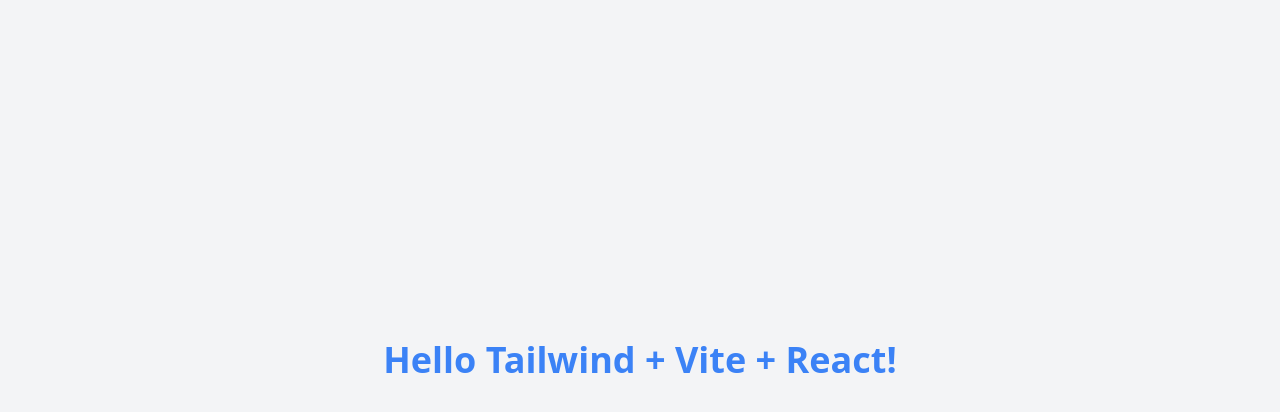
Repository: alokse24b01025/mentalhealth-project-sih-
Page: /chat (app in p1/)
An editor plug-in stored every save of this project. The page is shown before and after the next save, followed by the edit.
The browser window is 1280 px wide. The pictures show the whole page.
The project was rebuilt for these pictures with package versions that can differ from the ones it lists, and the page was loaded fresh each time. Also part of the build but not shown: p1/vite.config.js.

Above is the page before, as saved 2025-09-07 20:34:27.

After the next save:
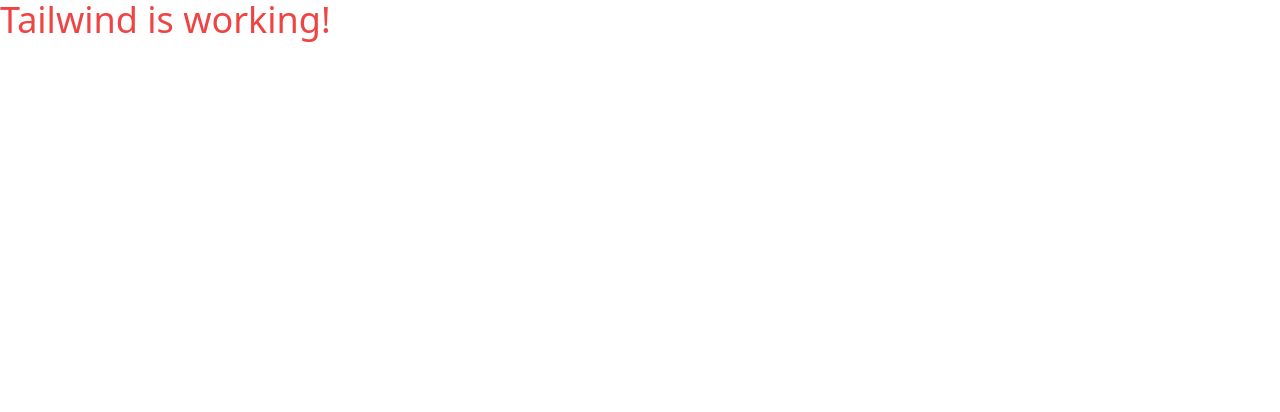
Saved 10 min 16 s later.
--- a/p1/src/App.jsx
+++ b/p1/src/App.jsx
@@ -1,9 +1,5 @@
 export default function App() {
   return (
-    <div className="flex items-center justify-center h-screen bg-gray-100">
-      <h1 className="text-4xl font-bold text-blue-500">
-        Hello Tailwind + Vite + React!
-      </h1>
-    </div>
+    <h1 className="text-4xl text-red-500">Tailwind is working!</h1>
   );
 }
